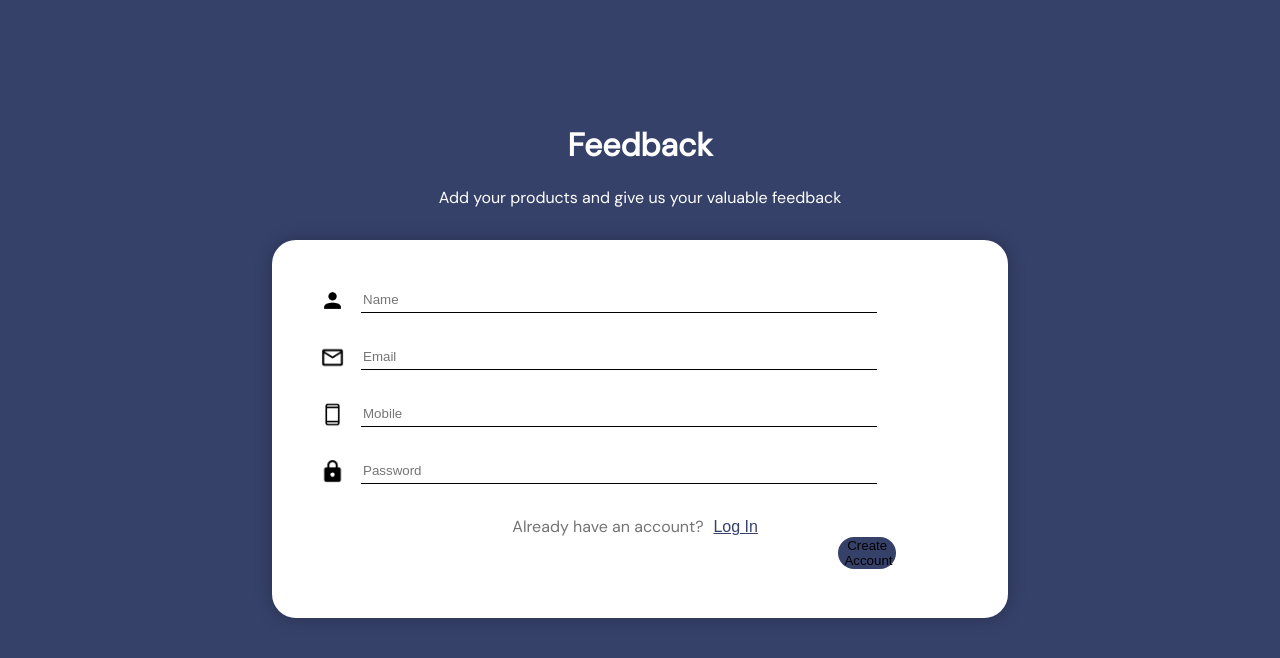
Repository: drumsmanku/final-evaluation-test
Page: /signup (app in client/)
These files come from the project's save history. The page is drawn as it stood at one moment and after the next save; the edit follows.
The browser window is 1280 px wide. The pictures show the whole page.
The project was rebuilt for these pictures with package versions that can differ from the ones it lists, and the page was loaded fresh each time. Also part of the build but not shown: client/src/Components/MainPage.js, client/src/CSS/Login.css, client/src/Components/Login.js.

Above is the page before, as saved 2023-07-29 18:46:09.

### client/src/App.js
import './App.css';
import { BrowserRouter as Router, Route, Routes} from 'react-router-dom';
import MainPage from './Components/MainPage';
import SignUp from './Components/SignUp';
import Login from './Components/Login';
function App() {
  return (
    <div className="App">
      <Router>
        <Routes>
          <Route path='/' element={<MainPage/>}/>
          <Route path='/signup' element={<SignUp/>}/>
        </Routes>
      </Router>
    </div>
  );
}

export default App;

### client/src/Components/SignUp.js
import React, {useState, useEffect} from 'react';
import '../CSS/SignUp.css'
import { useNavigate } from 'react-router-dom';
import axios from 'axios';
import name from '../Assets/name.png'
import mobile from '../Assets/mobile.png'
import email from '../Assets/email.png'
import password from '../Assets/password.png'

function SignUp() {
  const navigate=useNavigate();
  const [user, setUser] = useState({
    name: '',
    email: '',
    mobile: '',
    password: ''
  });
  const handleChange = e => {
    setUser({
      ...user,
      [e.target.name]: e.target.value
    });
  };
  const signup = (event) => {
    event.preventDefault();
    axios.post('http://localhost:4000/signup', user)
      .then(res => {
        localStorage.setItem('token', res.data.jwtToken);
        localStorage.setItem('user', res.data.name);
        const tokenData=localStorage.getItem('token')
        if(tokenData!=='undefined') {
          navigate('/')
        }
        else{

        }

      })
      .catch(err => console.log(err));
  };
  return (
    <div className='signup-container'>
      <div className="headings">
        <h1>Feedback</h1>
        <span>Add your products and give us your valuable feedback</span>
      </div>
      <form>
        <div style={{display:'flex', width:'100%', marginBottom:'2rem'}}>
          <img src={name} height={25} alt="" />
          <input type="text" name="name" value={user.name} onChange={handleChange} placeholder="Name"/>
        </div>

        <div style={{display:'flex', width:'100%', marginBottom:'2rem'}}>
          <img src={email} height={25} alt="" />
          <input type="email" name="email" value={user.email} onChange={handleChange} placeholder="Email"/>
        </div>

        <div style={{display:'flex', width:'100%', marginBottom:'2rem'}}>
          <img src={mobile} height={25} alt="" />
          <input type="text" name="mobile" value={user.mobile} onChange={handleChange} placeholder="Mobile" />
        </div>

        <div style={{display:'flex', width:'100%', marginBottom:'2rem'}}>
          <img src={password} height={25} alt="" />
          <input type="password" name="password" value={user.password} onChange={handleChange} placeholder="Password" />
        </div>

        <span style={{color:'#737373'}}>Already have an account?<button style={{background:'none', color:'#36416A', fontSize:'medium', marginLeft:0, padding:0, width:'4rem', cursor:'pointer', border:'none', textDecoration:'underline'}} onClick={()=>{navigate('/login')}}>Log In</button></span>

        <div style={{width:'90%', textAlign:'end'}}>
          <button className='signup-button' type="submit" style={{ cursor:'pointer'}} onClick={signup}>Create Account</button>
        </div>

      </form>
    </div>
  )
}

export default SignUp

### client/src/CSS/MainPage.css
@import url('https://fonts.googleapis.com/css2?family=DM+Sans&display=swap');

body{
  font-family: 'DM Sans';
}
.main-container{
  height: 100vh;
  width: 100vw;
  display: flex;
  flex-direction: column;

}
.main-top-container{
  width: 100%;
}
.btn-main-page-login{
  height: 2rem;
  width: 6rem;
  font-weight: 500;
  font-size: medium ;
  background: none;
  border: none;
  border-radius: 0.3rem;
  margin-left: 1rem;
  margin-bottom:0;
  color: white;
  font-family: 'DM Sans';
  cursor: pointer;
}
.btn-main-page-register{
  height: 2rem;
  width: 6rem;
  font-size: medium;
  font-weight: 500;
  background-color: #36416A;
  border: 2px solid white;
  border-radius: 0.3rem;
  margin-left: 1rem;
  margin-bottom:0;
  color: white;
  font-family: 'DM Sans';
  cursor: pointer;
}
.navbar{
  width: 100%;
  background-color: #36416A;
}
.title-desc{
  width: 100%;
  display: flex;
  align-items: center;
  justify-content: space-around;

}
.bottom-left{
  width: 20%;
  display: flex;
  flex-direction: column;
  align-items: center;
  margin-left: 2rem;

}
.bottom-right{
  width: 75%;
}
.main-bottom-container{
  width:100%;
  display: flex;
}
.bottom-top-right{
  width: 98%;
  display: flex;
  justify-content: space-between;
  border: 3px solid #36416A59;
  padding: 0.7rem;
  border-radius: 0.5rem;

}
.add-product-button{
  height: 2rem;
  font-size: medium;
  font-weight: 500;
  background-color: #36416A;
  border:none;
  border-radius: 0.3rem;
  margin-left: 1rem;
  margin-bottom:0;
  color: white;
  font-family: 'DM Sans';
  cursor: pointer;
  padding-left: 1em;
  padding-right: 1em;
}
.product-cards{
  width: 100%;
  display: flex;
  padding-top: 2rem;
  flex-direction: column;
}
.card-main-info{
  width: 100%;
  display: flex;
  flex-direction: column;
}
.comments-button{
  color: #ABABAB;
  border: none;
  outline: none;
  background: none;
  font-size: small;
  letter-spacing: 0.1rem;
  display:flex;
  align-items: center;
  cursor: pointer;
}
.upvotes{
  width: 10%;
  background-color: brown;
  display: flex;
  flex-direction: column;
  align-items: center;
}

### client/src/CSS/SignUp.css

.signup-container{
  width: 100vw;
  height: 100vh;
  display: flex;
  flex-direction: column;
  justify-content: center;
  align-items: center;
  background-color: #36416A;
}
.headings{
  color: white;
  margin-bottom: 2rem;
}
.signup-container form{
  width: 50%;
  display: flex;
  flex-direction: column;
  background-color: white;
  padding: 3rem;
  box-shadow: 0 0 17px #00000040;
  border-radius: 1.5rem;
}
.signup-container input[type='text'], [type='password'], [type='email']{
  border-bottom: 1px solid black;
  width: 80%;
  margin-left: 1rem;
  border-top: none;
  border-left: none;
  border-right: none;
}
.signup-button{
  width:10%;
  border-radius: 1rem;
  border: none;
  background-color: #36416A;
}

Loaded but not shown: client/public/index.html (common file); client/src/index.js (common file); client/src/index.css (common file); client/src/App.css (common file); client/src/CSS/Login.css (no copy from this time; the picture is the same without it)

After the next save:
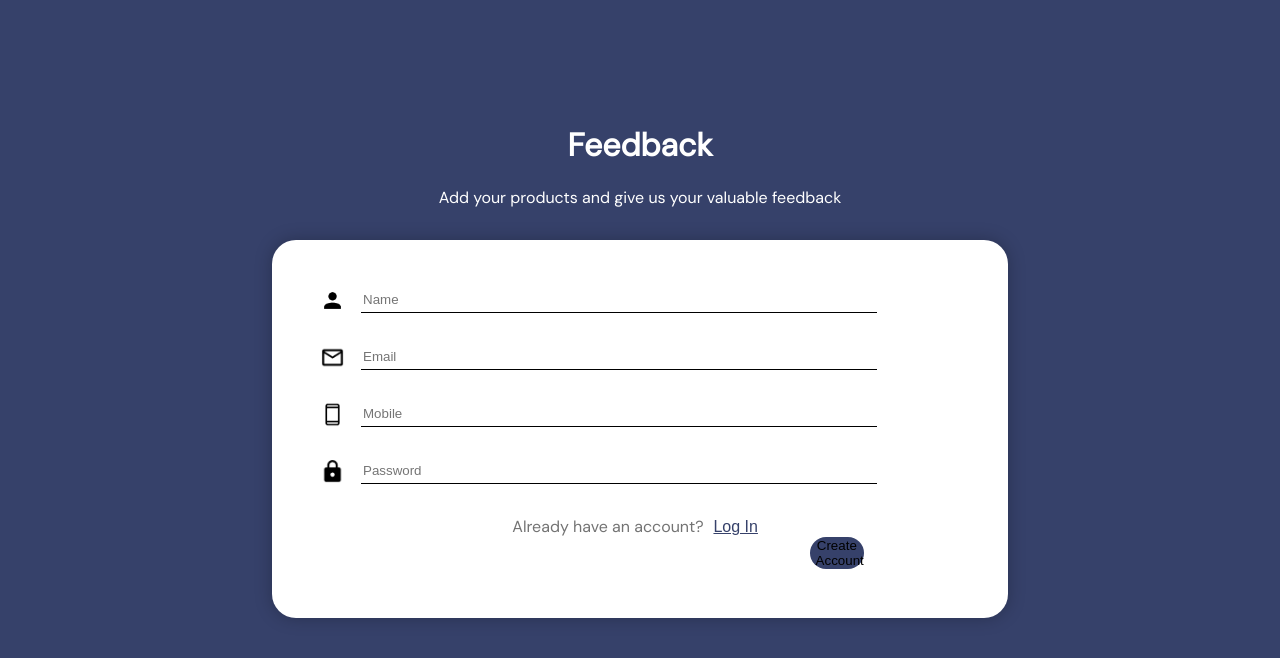
Saved 4 s later.
--- a/client/src/Components/SignUp.js
+++ b/client/src/Components/SignUp.js
@@ -67,7 +67,7 @@ function SignUp() {
 
         <span style={{color:'#737373'}}>Already have an account?<button style={{background:'none', color:'#36416A', fontSize:'medium', marginLeft:0, padding:0, width:'4rem', cursor:'pointer', border:'none', textDecoration:'underline'}} onClick={()=>{navigate('/login')}}>Log In</button></span>
 
-        <div style={{width:'90%', textAlign:'end'}}>
+        <div style={{width:'85%', textAlign:'end'}}>
           <button className='signup-button' type="submit" style={{ cursor:'pointer'}} onClick={signup}>Create Account</button>
         </div>
 
